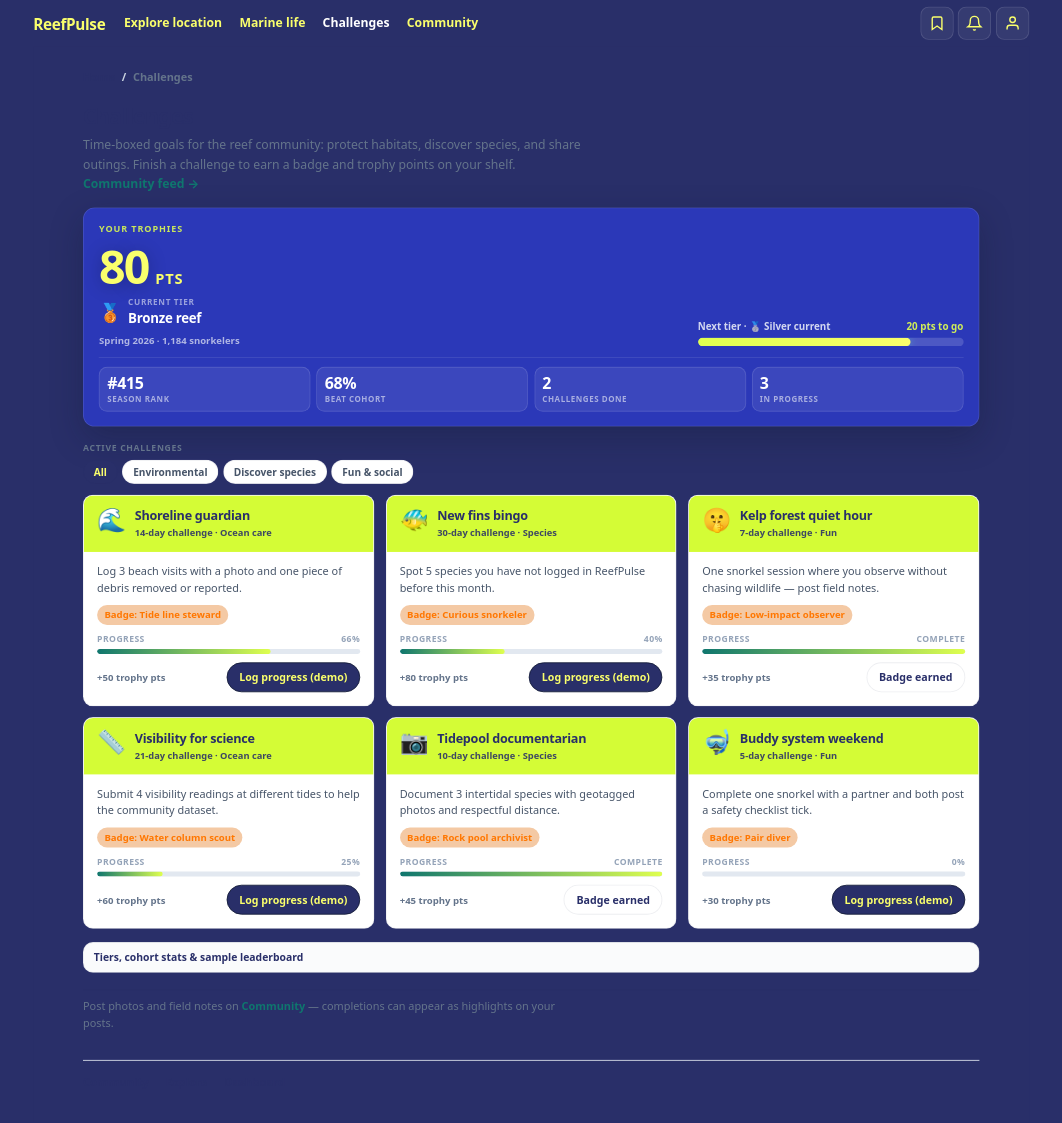
Repository: AayushSalvi/ReefPulse
Page: /challenges (app in frontend/)
An editor plug-in stored every save of this project. The page is shown before and after the next save, followed by the edit.
The browser window is 1280 px wide. The pictures show the whole page, at 83% of full size.
The project was rebuilt for these pictures with package versions that can differ from the ones it lists, and the page was loaded fresh each time. Also part of the build but not shown: frontend/vite.config.js, frontend/src/utils/geo.js, frontend/src/data/mockData.js, frontend/src/features/community/community.css, frontend/src/features/community/CommunityPage.jsx, frontend/src/features/explore/ExploreForecastRedirect.jsx, frontend/src/features/explore/ExploreMapsApiContext.jsx, frontend/src/features/explore/ExploreGoogleMapPanel.jsx and 20 more.

Above is the page before, as saved 2026-04-18 23:06:21.

After the next save:
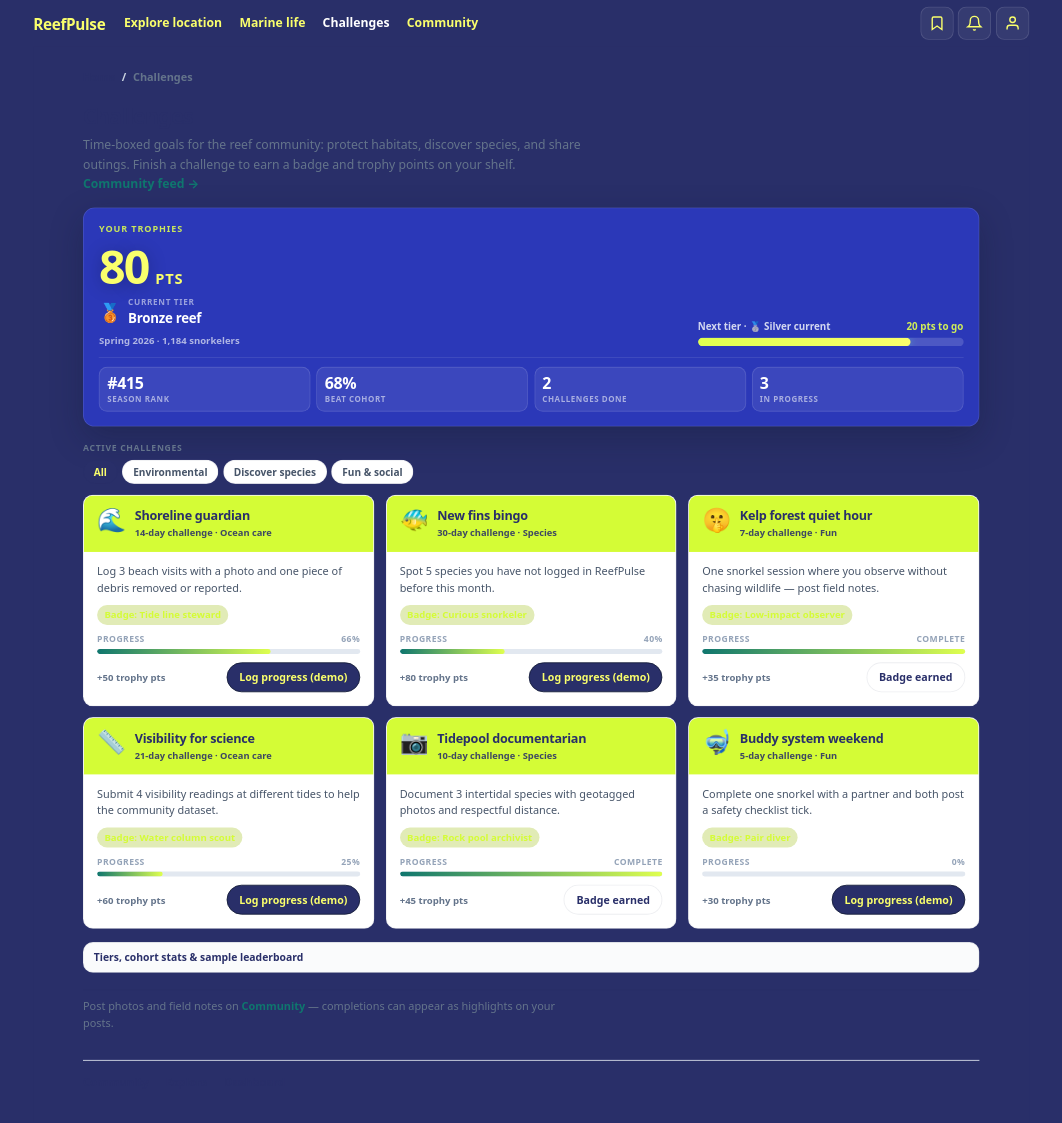
Saved 36 s later.
--- a/frontend/src/features/challenges/challenges.css
+++ b/frontend/src/features/challenges/challenges.css
@@ -520,8 +520,8 @@
   gap: 0.35rem;
   font-size: 0.72rem;
   font-weight: 700;
-  color: #ff7700;
-  background: #f4c9a4;
+  color: #d4fc36;
+  background: #e1ebb6;
   padding: 0.28rem 0.55rem;
   border-radius: 999px;
   width: fit-content;
